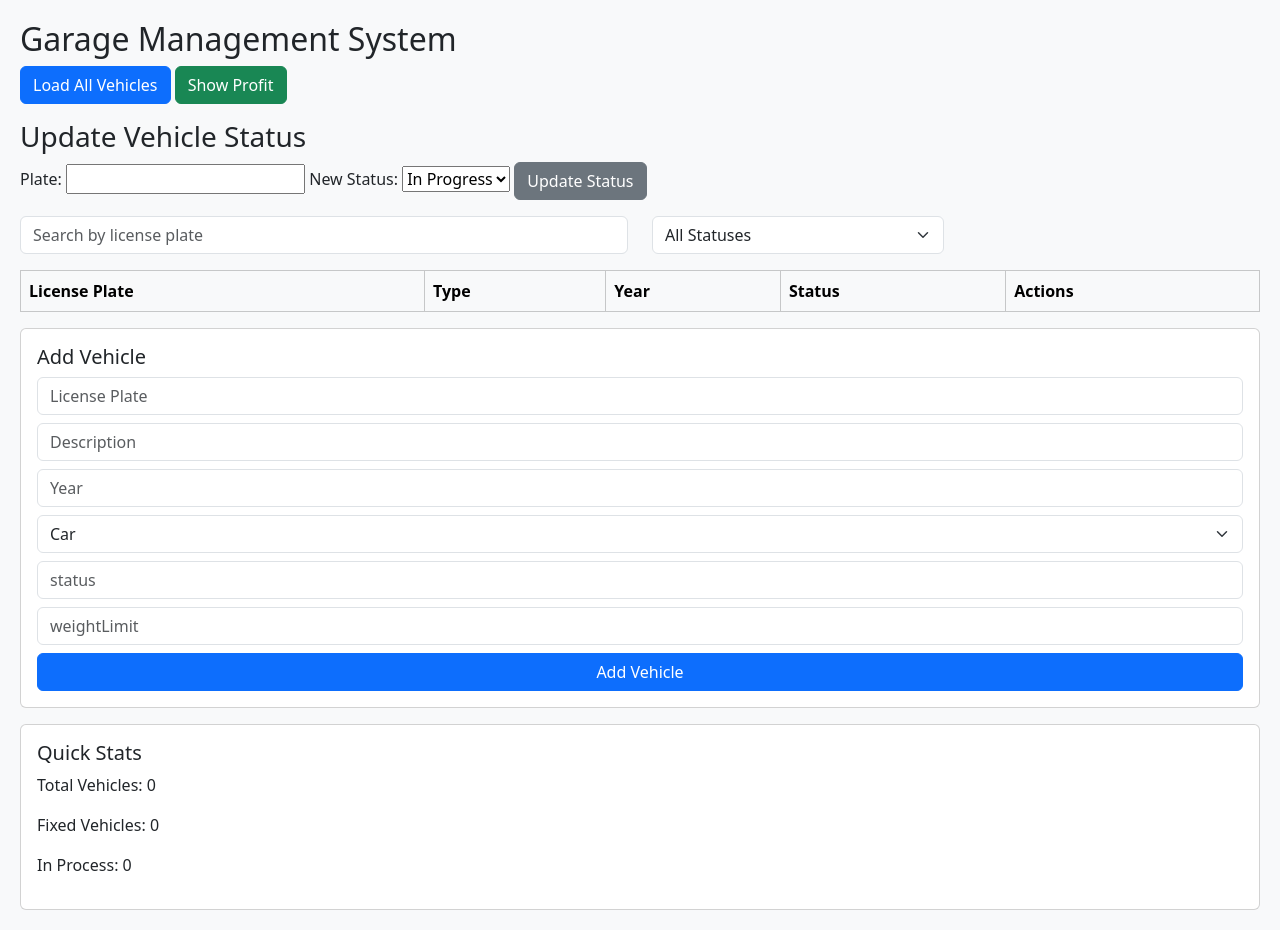
Repository: pravinpkadam444/garage-app
Page: garage-app/src/main/resources/static/index.html
These files come from the project's save history. The page is drawn as it stood at one moment and after the next save; the edit follows.
The browser window is 1280 px wide. The pictures show the whole page.
The page's requests for data from a server got no answer.

Above is the page before, as saved 2025-12-07 11:39:55.

### garage-app/src/main/resources/static/index.html
<!DOCTYPE html>
<html lang="en">
<head>
    <meta charset="UTF-8">
    <title>Garage Management System</title>
    <link href="https://cdn.jsdelivr.net/npm/bootstrap@5.3.2/dist/css/bootstrap.min.css" rel="stylesheet">
    <style>
        body { padding: 20px; background: #f8f9fa; }
        table { margin-top: 15px; }
        tr:hover { background: #e9ecef; cursor: pointer; }
    </style>
</head>
<body>

<h2>Garage Management System</h2>

<div class="mb-3">
    <button class="btn btn-primary" onclick="loadVehicles()">Load All Vehicles</button>
    <button class="btn btn-success" onclick="showProfit()">Show Profit</button>
</div>
<!-- Update Status -->
	<div class="box">
	    <h3>Update Vehicle Status</h3>
	    <label>Plate:</label>
	    <input type="text" id="updPlate">

	    <label>New Status:</label>
	    <!--<input type="text" id="updStatus">-->
		<select id="updStatus">
            <option value="InProgress">In Progress</option>
            <option value="Fixed">Fixed</option>
            <option value="Released">Released</option>
        </select>

	    <button class="btn btn-secondary" onclick="updateStatus()">Update Status</button>
	    <pre id="updResult"></pre>
	</div>
<!-- Search/filter -->
<div class="row mb-3">
    <div class="col-md-6">
        <input type="text" id="searchBox" class="form-control" placeholder="Search by license plate" onkeyup="loadVehicles()">
    </div>
    <div class="col-md-3">
        <select id="statusFilter" class="form-select" onchange="loadVehicles()">
            <option value="All">All Statuses</option>
            <option value="New">New</option>
            <option value="InProcess">In Process</option>
            <option value="Fixed">Fixed</option>
            <option value="Released">Released</option>
        </select>
    </div>
</div>

<!-- Vehicle Table -->
<table class="table table-bordered">
    <thead class="table-light">
        <tr>
            <th>License Plate</th>
            <th>Type</th>
            <th>Year</th>
            <th>Status</th>
            <th>Actions</th>
        </tr>
    </thead>
    <tbody id="vehicleTableBody"></tbody>
</table>

<!-- Vehicle Details -->
<div class="card mt-3" id="vehicleDetails" style="display:none;">
    <div class="card-body">
        <h5>Vehicle Details</h5>
        <ul id="detailsList"></ul>
    </div>
</div>

<!-- Add Vehicle Form -->
<div class="card mt-3 p-3">
    <h5>Add Vehicle</h5>
    <input id="addPlate" class="form-control mb-2" placeholder="License Plate">
    <input id="addDesc" class="form-control mb-2" placeholder="Description">
    <input id="addYear" type="number" class="form-control mb-2" placeholder="Year">
    <select id="addType" class="form-select mb-2">
        <option value="Car">Car</option>
        <option value="Motorcycle">Motorcycle</option>
        <option value="Truck">Truck</option>
    </select>
    <input id="addStatus" class="form-control mb-2" placeholder="status">
    <input id="addWeightLimit" class="form-control mb-2" placeholder="weightLimit">

    <button class="btn btn-primary" onclick="addVehicle()">Add Vehicle</button>
</div>

<!-- Quick Stats -->
<div class="card mt-3 p-3">
    <h5>Quick Stats</h5>
    <p>Total Vehicles: <span id="totalVehicles">0</span></p>
    <p>Fixed Vehicles: <span id="fixedVehicles">0</span></p>
    <p>In Process: <span id="inProcessVehicles">0</span></p>
</div>

<script>
    // Load all vehicles
    function loadVehicles(){
        fetch("/api/vehicle/getAll")
            .then(res => res.json())
            .then(data => {
                const keyword = document.getElementById("searchBox").value.toLowerCase();
                const statusFilter = document.getElementById("statusFilter").value;
                const filtered = data.filter(v =>
                    (statusFilter === "All" || v.status === statusFilter) &&
                    v.licensePlate.toLowerCase().includes(keyword)
                );
                renderTable(filtered);
                updateStats(data);
            });
    }

    // Render vehicle table
    function renderTable(list) {
        const tbody = document.getElementById("vehicleTableBody");
        tbody.innerHTML = "";
        list.forEach(v => {
            const row = document.createElement("tr");
            row.innerHTML = `
                <td>${v.licensePlate}</td>
                <td>${v.type}</td>
                <td>${v.year}</td>
                <td>${v.status}</td>
                <td><button onclick="viewDetails('${v.licensePlate}')" class="btn btn-sm btn-info">View</button></td>
            `;
            tbody.appendChild(row);
        });
    }

    // Update stats
    function updateStats(data) {
		//const addstatus = document.getElementById("addStatus").value;
        document.getElementById("totalVehicles").innerText = data.length;
        document.getElementById("fixedVehicles").innerText = data.filter(v => v.status === "Fixed").length;
        document.getElementById("inProcessVehicles").innerText = data.filter(v => v.status === "InProcess").length;
    }

    // View vehicle details
    function viewDetails(plate) {
        fetch(`/api/vehicle/search/${encodeURIComponent(plate)}`)
            .then(res => res.json())
            .then(v => {
				if (Array.isArray(v)) {
                	v = v[0];
            	}
                const detailsDiv = document.getElementById("vehicleDetails");
                const detailsList = document.getElementById("detailsList");
                detailsDiv.style.display = "block";
                detailsList.innerHTML = `
                    <li><B>License Plate</B>: ${v.licensePlate}</li>
                    <li><B>Description  </B>: ${v.description}</li>
                    <li><B>Year        </B> : ${v.year}</li>
                    <li><B>Type         </B>: ${v.type}</li>
                    <li><B>Status       </B> : ${v.status}</li>
                    <li><B>WeightLimit  </B>: ${v.weightLimit}</li>
                `;
            }).then(v => {
            console.log("API response:", v); // <-- SEE WHAT IT RETURNS
        });
    }

    // Add vehicle
    function addVehicle() {
        const vehicle = {
            licensePlate: document.getElementById("addPlate").value,
            description: document.getElementById("addDesc").value,
            year: parseInt(document.getElementById("addYear").value),
            type: document.getElementById("addType").value,
             status: document.getElementById("addStatus").value,
             weightLimit:document.getElementById("addWeightLimit").value
        };
        fetch("/api/vehicle/add", {
            method: "POST",
            headers: {"Content-Type": "application/json"},
            body: JSON.stringify(vehicle)
        }).then(() => {
            loadVehicles();
            alert("Vehicle added successfully!");
        });
    }

    // Show profit
    function showProfit() {
        fetch("/api/vehicle/profit")
            .then(res => res.text())
            .then(profit => alert("Total Profit: $" + profit));
    }

    // Initial load
    window.onload = loadVehicles;

</script>

</body>
</html>

After the next save:
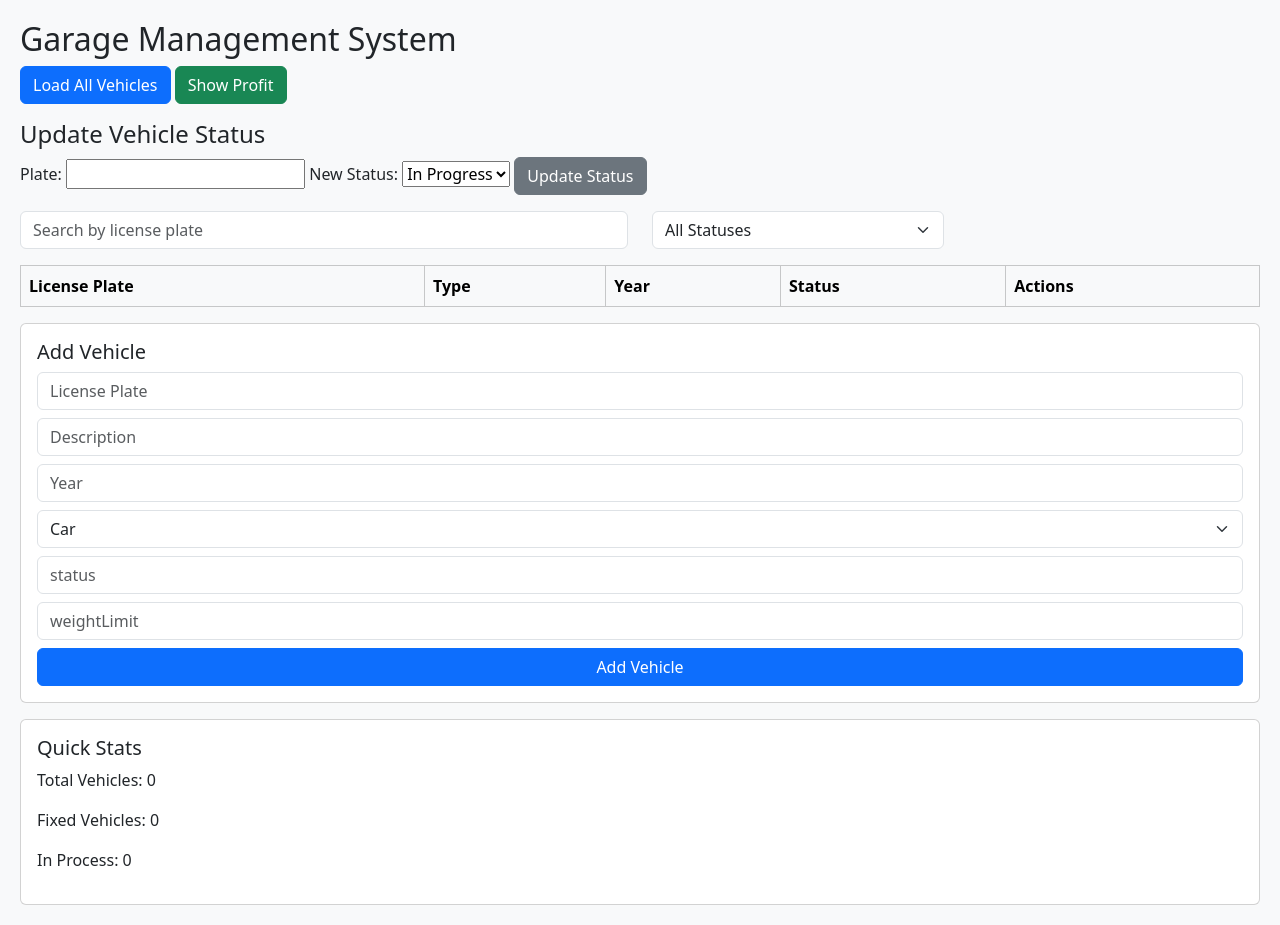
Saved 23 s later.
--- a/garage-app/src/main/resources/static/index.html
+++ b/garage-app/src/main/resources/static/index.html
@@ -20,7 +20,7 @@
 </div>
 <!-- Update Status -->
 	<div class="box">
-	    <h3>Update Vehicle Status</h3>
+	    <h4>Update Vehicle Status</h4>
 	    <label>Plate:</label>
 	    <input type="text" id="updPlate">
 
